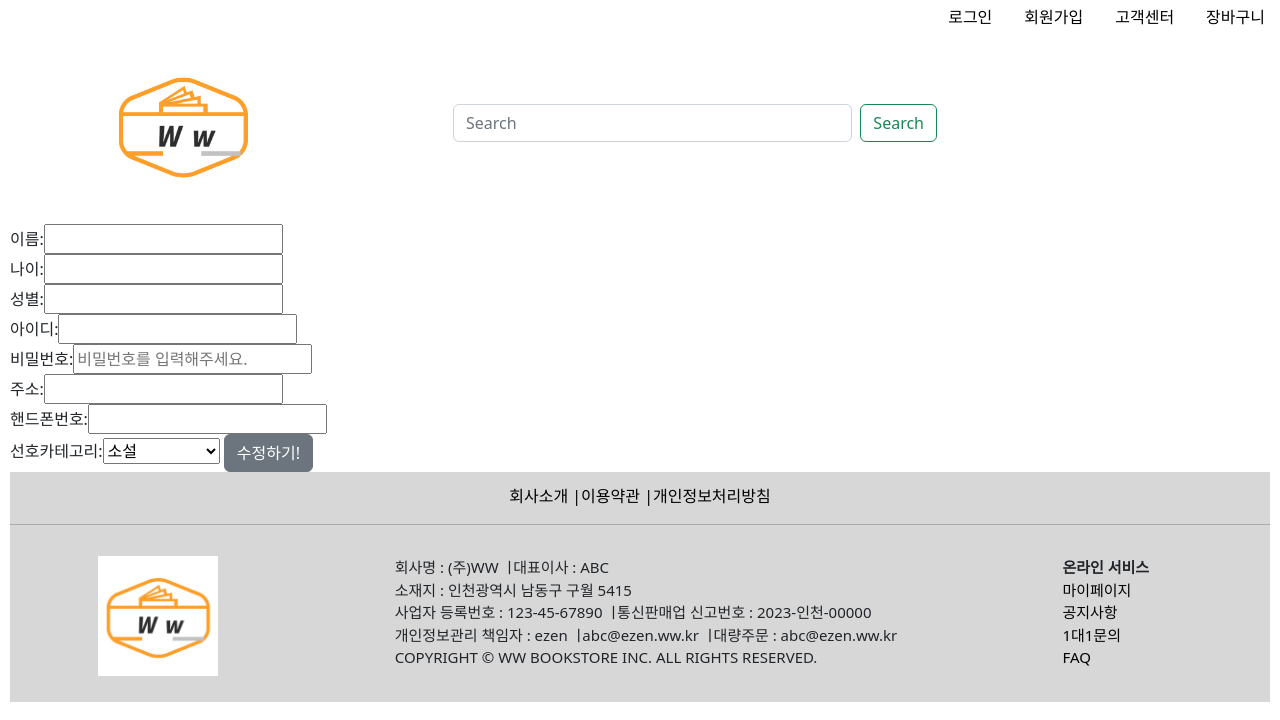
Repository: leehyeonung/project6
Page: http://localhost/book/WEB-INF/views/member/modify.jsp
These files come from the project's save history. The page is drawn as it stood at one moment and after the next save; the edit follows.
The browser window is 1280 px wide. The pictures show the whole page.
The page is served by Tomcat 9. Nobody is signed in. Other server files are loaded and not shown. The template is opened directly, without the code that normally fills it, so the values that code supplies are empty.

Above is the page before, as saved 2023-01-07 07:43:29.

### book/src/main/webapp/WEB-INF/views/member/modify.jsp
<%@ page language="java" contentType="text/html; charset=UTF-8"
    pageEncoding="UTF-8"%>
<!DOCTYPE html>
<html>

<head>
<style type="text/css">
.pw_ok{
color:#008000;
display: none;
}

.pw_rewrite{
color:#ff0000;
display: none;
}
.pw_null{
color:#ff0000;
display: none;
}
</style>
<meta charset="UTF-8">
<title>수정페이지</title>
<link rel="stylesheet" type="text/css" href="/resources/css/main.css">
</head>
<body>
<jsp:include page="../layout/header.jsp"></jsp:include>
<div class="main">
	<form action="/mem/modify" method="post">
		<input type="text" name="mem_num" value="${ses.mem_num}" hidden ><br>
		이름:<input type="text" name="mem_name" value="${ses.mem_name}" readonly ><br>
		나이:<input type="text" name="mem_age" value="${ses.mem_age}" readonly ><br>
		성별:<input type="text" name="mem_gender" value="${ses.mem_gender}" readonly ><br>
		아이디:<input type="text" name="mem_id" value="${ses.mem_id}" readonly ><br>
		비밀번호:<input type="password" name="mem_pw" id="mem_pw" onchange="checkPw()" placeholder="비밀번호를 입력해주세요." required ><br>
		<span class="pw_ok"><i class="fa-solid fa-check"></i></span>
                           <span class="pw_rewrite"><i class="fa-solid fa-x"></i></span>
                           <span class="pw_null"><i class="fa-solid fa-x"></i></span>
		주소:<input type="text" name="mem_ad" value="${ses.mem_ad}" ><br>
		핸드폰번호:<input type="text" name="mem_cell_num" value="${ses.mem_cell_num}" ><br>
		선호카테고리:<select name="mno_cno">
			<option value="소설">소설</option>
			<option value="에쎄이">에쎼이</option>
			<option value="건강/취미">건강/취미</option>
			<option value="컴퓨터/모바일">컴퓨터/모바일</option>
			</select>

		<button type="submit" class="btn btn-secondary">수정하기!</button>
	</form>

	<script type="text/javascript">
	   function checkPw(){
		   var mem_pw = document.getElementById('mem_pw').value; //id값이 "id"인 입력란의 값을 저장
		   console.log(mem_pw);
		   $.ajax({
		      url:'/mem/pwCheck', //Controller에서 요청 받을 주소
		      type:'post', //POST 방식으로 전달
		      data:{mem_pw:mem_pw},
		      success:function(isOk){ //컨트롤러에서 넘어온 isOK값을 받는다
		         if(isOk == 'pw_ok'){ //ok이면 가입 가능
		            $('.pw_ok').css("display","inline-block");
		            $('.pw_rewrite').css("display", "none"); //정규식 어긋나면
		            $('.pw_null').css("display", "none");
		         }else if(isOk =='pw_null'){//input이 null값임. 입력 요청
		            $('.pw_ok').css("display","none");
		            $('.pw_rewrite').css("display", "none");
		            $('.pw_null').css("display", "inline-block");
		         }
		         else { //중복일 경우
		            $('.pw_ok').css("display", "none");
		            $('.pw_rewrite').css("display","inline-block");
		            $('.pw_null').css("display", "none");
		            // alert("아이디를 다시 입력해주세요");
		            $('#mem_pw').val('');
		         }
		      },
		      error:function(request,status,error){
		      console.log("code:"+request.status+"\n"+"message:"+request.responseText+"\n"+"error:"+error);
		      }

		   });
		   };
	</script>
</div>
<jsp:include page="../layout/footer.jsp"></jsp:include>
</body>
</html>

### book/src/main/webapp/WEB-INF/views/layout/header.jsp
<%@ page language="java" contentType="text/html; charset=UTF-8"
    pageEncoding="UTF-8"%>
<%@ taglib uri="http://java.sun.com/jsp/jstl/core" prefix="c"%>
<!DOCTYPE html>
<html>
<head>
<meta charset="UTF-8">
<title>Insert title here</title>
<!-- CSS only -->
<link href="https://cdn.jsdelivr.net/npm/bootstrap@5.2.2/dist/css/bootstrap.min.css"
rel="stylesheet" integrity="sha384-Zenh87qX5JnK2Jl0vWa8Ck2rdkQ2Bzep5IDxbcnCeuOxjzrPF/et3URy9Bv1WTRi"
crossorigin="anonymous">
<link rel="stylesheet" type="text/css" href="/resources/css/header.css">
</head>
<body>
<div class="header">
    <div class="menu">
        <c:if test="${ses.mem_id ==null}">
        <ul><a href="/mem/loginPage">로그인</a></ul>
        <ul><a href="/mem/joinPage">회원가입</a></ul>
        </c:if>
        <c:if test="${ses.mem_id == 'admin' }">
        <ul><a href="/mem/logOut">로그아웃</a></ul>
        <ul><a href="/mem/adminpage">관리인페이지</a></ul>
        </c:if>
        <c:if test="${ses.mem_id !=null && ses.mem_id !='admin' }">
        <ul><a href="/mem/logOut">로그아웃</a></ul>
        <ul><a href="/mem/mypage">마이페이지</a></ul>
        </c:if>
        <ul><a href="#">고객센터</a></ul>
        <ul><a href="#">장바구니</a></ul>
    </div>
    <div class="bar">
       <div class="logo">
         <a href="/"><img src="/resources/image/logo.jpg" alt="로고"></a>
       </div>
         <div class="searchBar">
            <form class="d-flex" role="search">
                 <input class="form-control me-2" type="search" placeholder="Search" aria-label="Search">
                 <button class="btn btn-outline-success" type="submit">Search</button>
              </form>
         </div>
       <div class="icons">
         <a href=""><i class="fa-solid fa-cart-shopping"></i></a>
            <a href=""><i class="fa-solid fa-user"></i></a>
       </div>
    </div>
</div>
</body>
</html>

### book/src/main/webapp/WEB-INF/views/layout/footer.jsp
<%@ page language="java" contentType="text/html; charset=UTF-8"
   pageEncoding="UTF-8"%>
<!DOCTYPE html>
<html>
<head>
<meta charset="UTF-8">
<title>Insert title here</title>
<link rel="stylesheet" type="text/css" href="/resources/css/footer.css">

</head>

<body>
   <div class="footer">
      <div class="footer-top">
         <ul>
            <li><a href="/introduce">회사소개 | </a></li>
            <li><a href="">이용약관 | </a></li>
            <li><a href="">개인정보처리방침</a></li>
         </ul>
      </div>
      <hr>
      <div class="address">
         <div class="footer-logo">
            <img src="/resources/image/logo.jpg" alt="로고">
         </div>
         <div class="address-box">
            <ul>
               <li>회사명 : (주)WW <span style="margin-right: -7px;">ㅣ</span>
                  대표이사 : ABC
               </li>

               <li>소재지 : 인천광역시 남동구 구월 5415</li>
               <li>사업자 등록번호 : 123-45-67890 <span style="margin-right: -7px;">ㅣ</span>
                  통신판매업 신고번호 : 2023-인천-00000
               </li>

               <li>개인정보관리 책임자 : ezen <span style="margin-right: -7px;">ㅣ</span>
                  abc@ezen.ww.kr <span style="margin-right: -7px;">ㅣ</span> 대량주문 :
                  abc@ezen.ww.kr
               </li>

               <li>COPYRIGHT © WW BOOKSTORE INC. ALL RIGHTS RESERVED.</li>

            </ul>

         </div>
         <div class="online-serviceBar">
            <strong>온라인 서비스</strong>
            <ul>
               <li><a href="">마이페이지</a></li>
               <li><a href="">공지사항</a></li>
               <li><a href="">1대1문의</a></li>
               <li><a href="">FAQ</a></li>
            </ul>
         </div>
      </div>
   </div>

</body>
</html>

### book/src/main/webapp/resources/css/main.css
@charset "UTF-8";

.main{
	width:1260px;
	margin: 0 auto;
}

### book/src/main/webapp/resources/css/header.css
body{
    margin:0 auto;
}
.header{
	margin:0 auto;
    width: 1260px;
    height: 200px;
   /*  background-color: pink; */
}
.menu{
   display: flex;
   justify-content: flex-end;
   padding:5px;

}
.logo{
    width: 150px;
    height: 150px;
    background-color: blue;
}
.logo>a>img{
    width: 150px;
    height: 150px;
}
.searchBar{
   /* position:absolute; */
    width: 484px;
    height: 42px;
    /* background-color: gold; */
    margin-top:54px;
    border-radius: 30px;

}
.bar{

   height: 150px;
   display: flex;
   flex-direction: row;
   flex-wrap:nowrap;
   justify-content:space-around;
/*    align-items: baseline; */


}
i{
    font-size: 42px;
    color: black;
    margin-top:54px;
    margin-right: 20px;
}
</style>

### book/src/main/webapp/resources/css/footer.css
.footer {
   width: 1260px;
   height: 230px;
   background-color: rgba(175, 175, 175, 0.5);
   margin: 0 auto;
}

.footer-logo {

   width: 120px;
   height: 120px;
   background-color: beige;
}
.footer-logo>img{
   width: 120px;
   height: 120px;
}

.address-box {
   text-align: left;
   padding: 0;
   margin: 0;
}

.address {
   padding: 15px;
   height: 150px;
   display: flex;
   font-size: 15px;
   /* align-items: baseline; */
   flex-direction: row;
   flex-wrap: nowrap;
   justify-content: space-around;
}

ul {
   list-style: none;
}

.footer, .address li {

}

.footer-top {
   text-align: center;
   padding-top: 12px;
}

.footer-top>ul {
   margin: 0;
   padding: 0;
   display: flex;
   justify-content: center;
}

.footer-top>li {
   margin: 0;
   padding: 0;
}

a {
   text-decoration-line: none;
   color: black;
}

a:visited {
   text-decoration: none;
}

a:hover {
   text-decoration: none;
}

a:focus {
   text-decoration: none;
}

a:hover, a:active {
   text-decoration: none;
}

.online-serviceBar {
   padding: 0px;
   margin-left: 20px;
   width: 120px;
   height: 120px;
}

.online-serviceBar>ul {
   margin: 0px;
   padding: 0px;
}

</style>

After the next save:
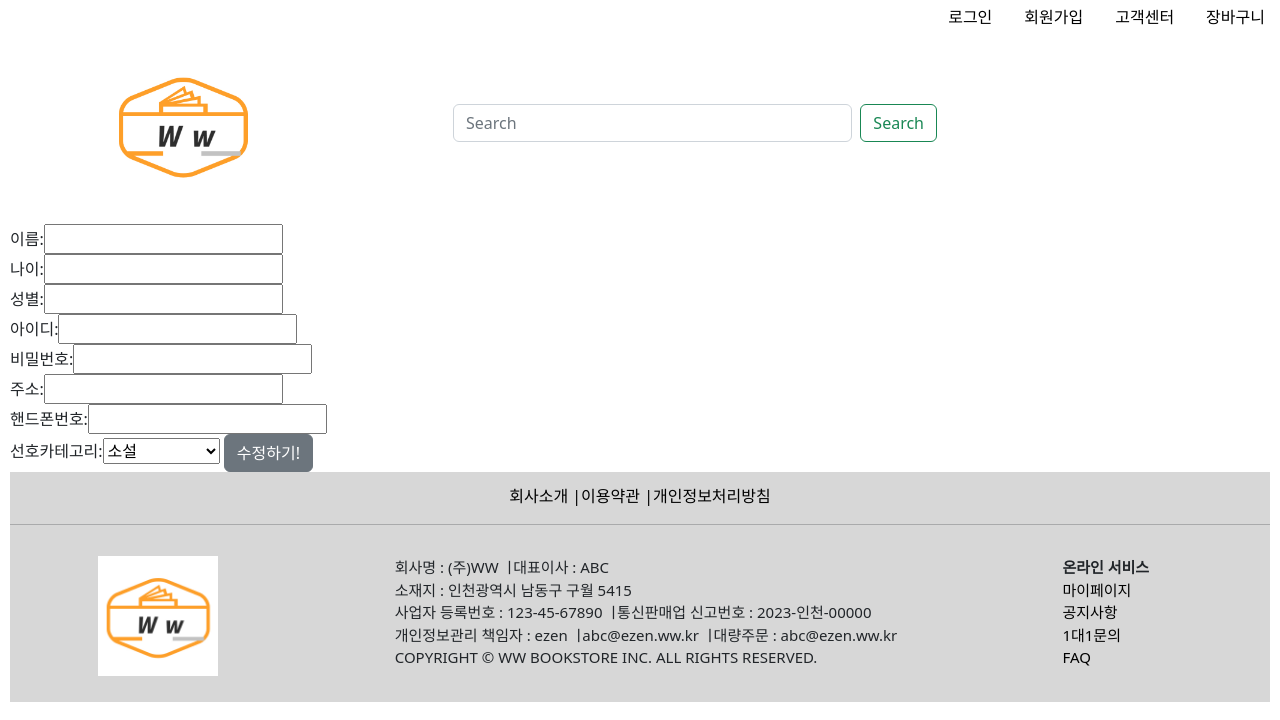
Saved 88 s later.
--- a/book/src/main/webapp/WEB-INF/views/member/modify.jsp
+++ b/book/src/main/webapp/WEB-INF/views/member/modify.jsp
@@ -32,7 +32,7 @@
 		나이:<input type="text" name="mem_age" value="${ses.mem_age}" readonly ><br>
 		성별:<input type="text" name="mem_gender" value="${ses.mem_gender}" readonly ><br>
 		아이디:<input type="text" name="mem_id" value="${ses.mem_id}" readonly ><br>
-		비밀번호:<input type="password" name="mem_pw" id="mem_pw" onchange="checkPw()" placeholder="비밀번호를 입력해주세요." required ><br>
+		비밀번호:<input type="password" name="mem_pw" id="mem_pw" onchange="checkPw()"  required ><br>
 		<span class="pw_ok"><i class="fa-solid fa-check"></i></span>
                            <span class="pw_rewrite"><i class="fa-solid fa-x"></i></span>
                            <span class="pw_null"><i class="fa-solid fa-x"></i></span>

After the save that followed:
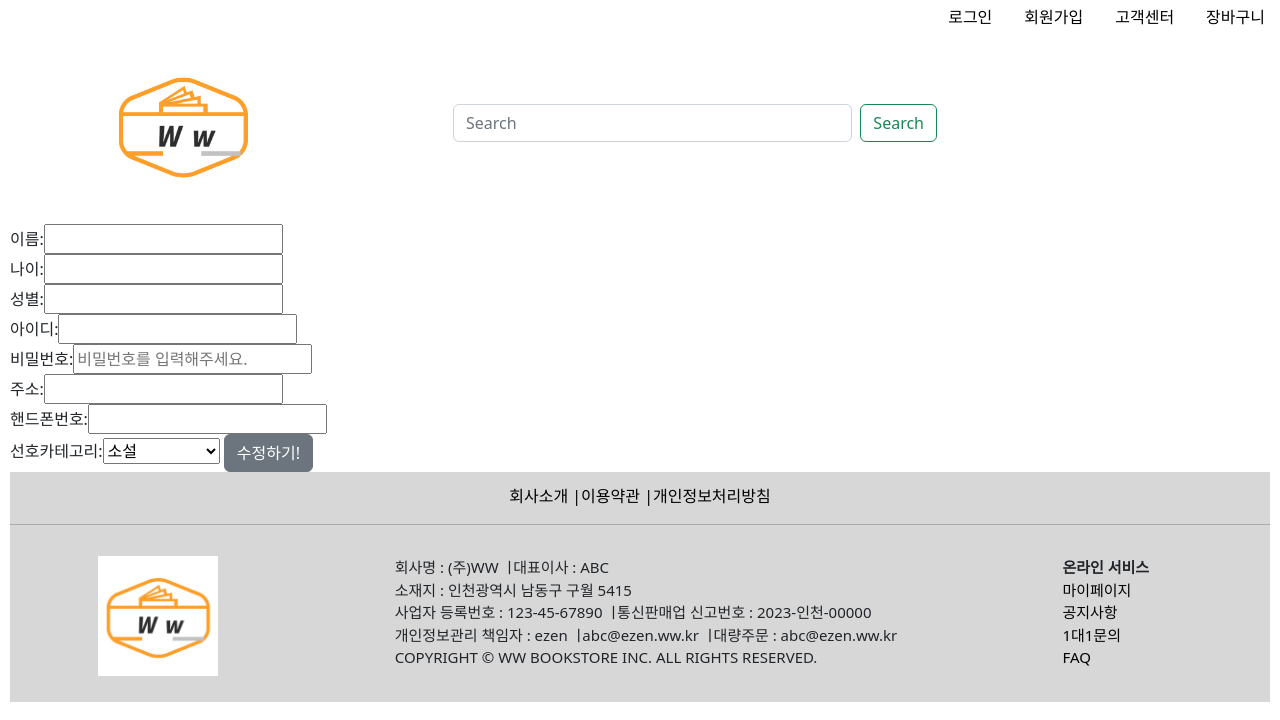
Saved 26 s later.
--- a/book/src/main/webapp/WEB-INF/views/member/modify.jsp
+++ b/book/src/main/webapp/WEB-INF/views/member/modify.jsp
@@ -32,7 +32,7 @@
 		나이:<input type="text" name="mem_age" value="${ses.mem_age}" readonly ><br>
 		성별:<input type="text" name="mem_gender" value="${ses.mem_gender}" readonly ><br>
 		아이디:<input type="text" name="mem_id" value="${ses.mem_id}" readonly ><br>
-		비밀번호:<input type="password" name="mem_pw" id="mem_pw" onchange="checkPw()"  required ><br>
+		비밀번호:<input type="password" name="mem_pw" id="mem_pw" onchange="checkPw()" placeholder="비밀번호를 입력해주세요." required ><br>
 		<span class="pw_ok"><i class="fa-solid fa-check"></i></span>
                            <span class="pw_rewrite"><i class="fa-solid fa-x"></i></span>
                            <span class="pw_null"><i class="fa-solid fa-x"></i></span>
